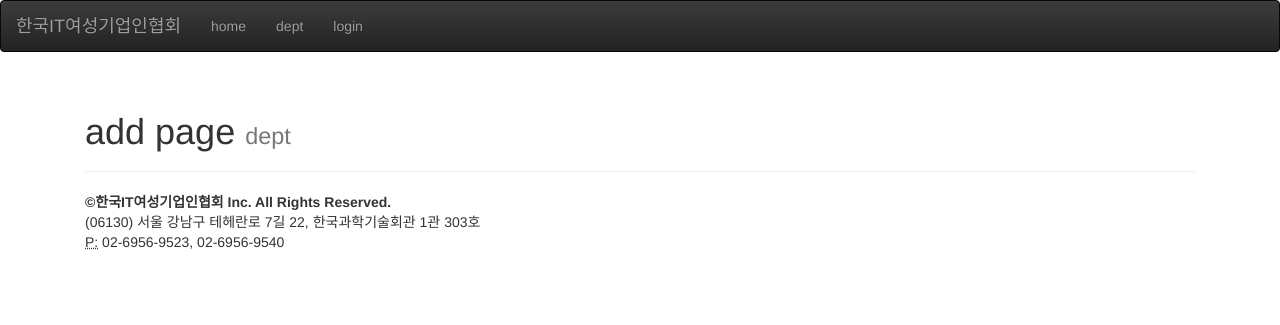
Repository: minho00123/sw-professional-training
Page: http://localhost/sts06/WEB-INF/views/dept/add.jsp
The author's editor kept a copy of each file at every save. The page is drawn from the files as they stood at one save, then again after the next save.
The browser window is 1280 px wide. The pictures show the whole page.
The page is served by Tomcat 9. Nobody is signed in. The template is opened directly, without the code that normally fills it, so the values that code supplies are empty.

Above is the page before, as saved 2025-05-20 07:19:42.
Console error (its wording comes from the project's code and is left out).

After the next save:
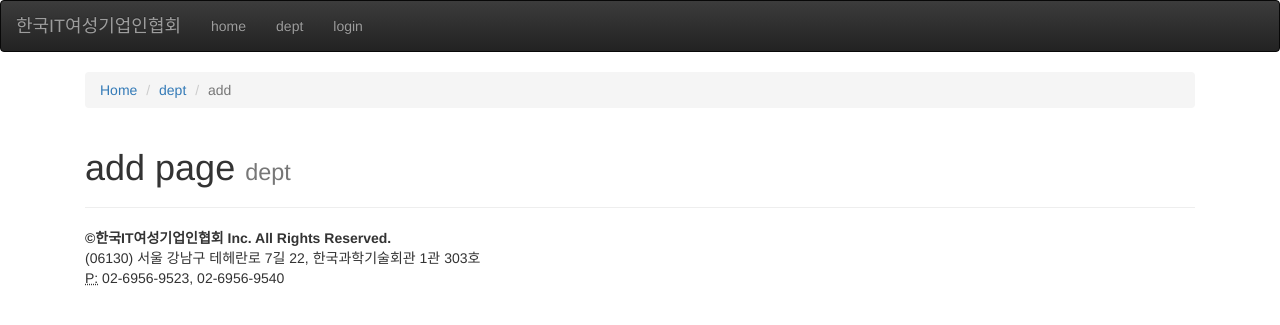
Saved 108 s later.
--- a/stsWorkspace/sts06/src/main/webapp/WEB-INF/views/dept/add.jsp
+++ b/stsWorkspace/sts06/src/main/webapp/WEB-INF/views/dept/add.jsp
@@ -9,11 +9,17 @@
 </head>
 <body>
 	<%@ include file="../layout/menu.jspf"%>
+	<ol class="breadcrumb">
+		<li><a href="${pageContext.request.contextPath }/">Home</a></li>
+		<li><a href="${pageContext.request.contextPath }/dept/">dept</a></li>
+		<li class="active">add</li>
+	</ol>
 	<div class="page-header">
 		<h1>
 			add page <small>dept</small>
 		</h1>
 	</div>
+
 	<%@ include file="../layout/footer.jspf"%>
 </body>
 </html>
